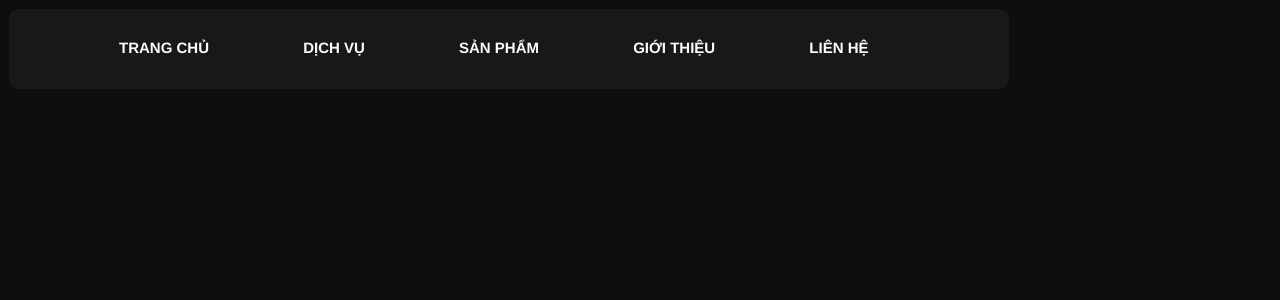
Repository: andytrn0/ElectronJS
Page: GUI/index.html
These files come from the project's save history. The page is drawn as it stood at one moment and after the next save; the edit follows.
The browser window is 1280 px wide. The pictures show the whole page.

Above is the page before, as saved 2024-10-15 14:54:08.

### GUI/index.html
<!DOCTYPE html>
<html>
  <head>
    <title>Trang chủ </title>
    <link rel="stylesheet" href="../CSS/index.css">
  </head>

<body>
  <div id="menu">
    <ul>
      <li><a href="#">Trang chủ</a></li>
      <li><a href="#">Dịch vụ</a></li>
      <li><a href="#">Sản phẩm</a></li>
      <li><a href="#">Giới thiệu</a></li>
      <li><a href="#">Liên hệ</a></li>
    </ul>
  </div>
</body>

</html>

### CSS/index.css
body
{
    background-color:rgb(12, 14, 16)
}
#menu
{
 width: 1000px;
 border: 1px solid #0d0c0c;
 height: 80px;
 background-color: #181818;
 font-family: Helvetica,Arial, sans-serif;
 font-size: 15px;
 font-weight: bold;
 border-radius: 10px;
 -moz-border-radius: 10px;
 -webkit-border-radius: 10px;
}
#menu ul
{
  margin-top:  30px;
}
#menu ul li {
    list-style-type: none;
    display: inline-block; /* Thay đổi từ inline sang inline-block */
    margin-left: 50px;
  }

#menu ul li a:link
{
   color: #FFF;
   text-decoration: none;
   text-transform: uppercase;
   padding-top: 0px;
   padding-bottom: 40px;
   padding-left: 20px;
   padding-right: 20px;
}

#menu ul li a:visited
{
   color: #FFF;
   text-decoration: none;
   text-transform: uppercase;
}

#menu ul li a {
    position: relative; /* Đặt vị trí tương đối để sử dụng cho phần tử giả (pseudo-element) */
    display: inline-block; /* Thay đổi thành inline-block để không chiếm toàn bộ chiều rộng */
    padding: 40px 20px; /* Đặt padding cho cả trên/bên dưới và trái/phải */
}
#menu ul li a:after {
    content: ''; /* Tạo ra một phần tử ảo */
    position: absolute;
    bottom: 20px; /* Đặt vị trí của gạch dưới ở dưới cùng */
    left: 0; /* Đặt từ bên trái */
    width: 100%; /* Độ dài ban đầu là 100% */
    height: 2px; /* Độ dày của đường gạch dưới */
    background: #FFF; /* Màu sắc của đường gạch dưới */
    -webkit-transform: scaleX(0); /* Ban đầu sẽ không hiển thị (thu nhỏ lại) */
    transform: scaleX(0);
    -webkit-transform-origin: right center; /* Điểm bắt đầu từ phải */
    transform-origin: right center;
    -webkit-transition: -webkit-transform .6s cubic-bezier(.19,1,.22,1); /* Hiệu ứng mở rộng */
    transition: -webkit-transform .6s cubic-bezier(.19,1,.22,1);
    transition: transform .6s cubic-bezier(.19,1,.22,1);
    transition: transform .6s cubic-bezier(.19,1,.22,1), -webkit-transform .6s cubic-bezier(.19,1,.22,1);
}

#menu ul li a:hover:after {
    -webkit-transform: scaleX(1); /* Khi hover, gạch dưới mở rộng 100% */
    transform: scaleX(1);
    -webkit-transform-origin: left center; /* Điểm bắt đầu thu lại từ trái */
    transform-origin: left center;
}

After the next save:
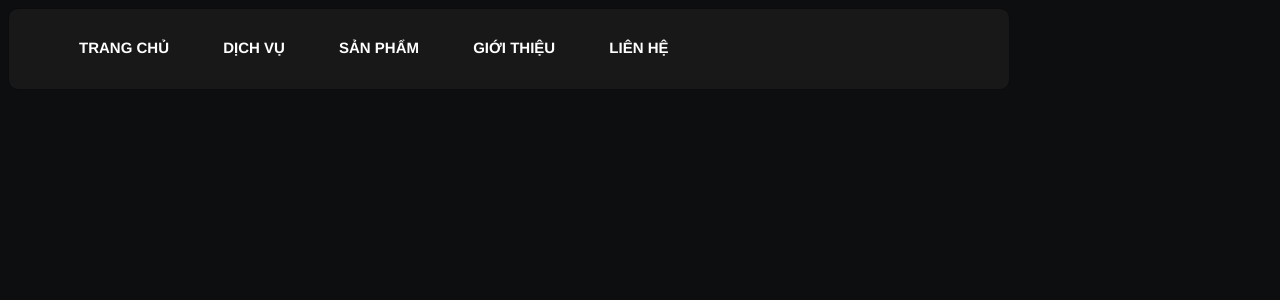
Saved 4 s later.
--- a/CSS/index.css
+++ b/CSS/index.css
@@ -22,7 +22,7 @@
 #menu ul li {
     list-style-type: none;
     display: inline-block; /* Thay đổi từ inline sang inline-block */
-    margin-left: 50px;
+    margin-left: 10px;
   }
 
 #menu ul li a:link
